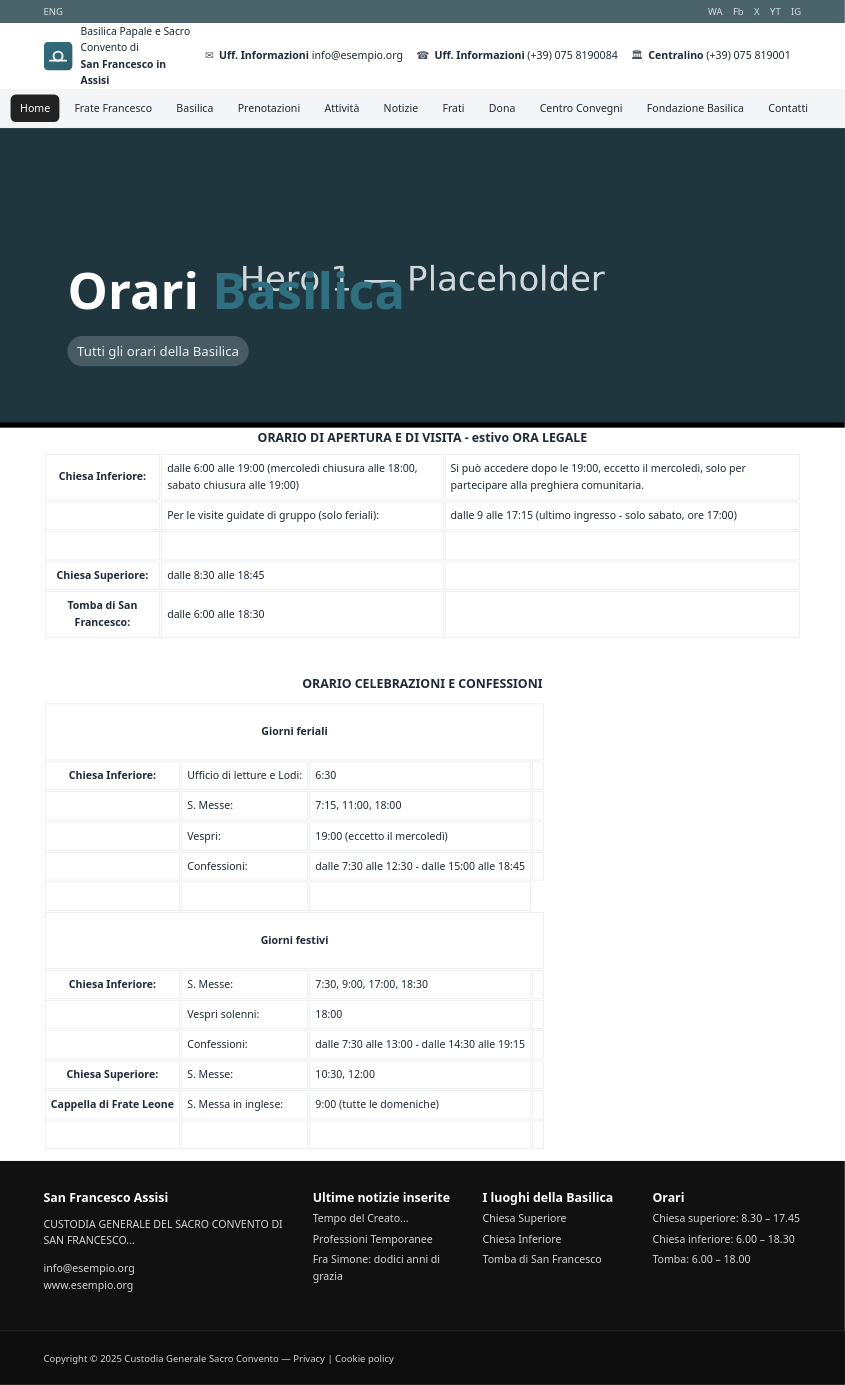
Repository: leacappello/basilica-platform-project
Page: pages/orari.html
An editor plug-in stored every save of this project. The page is shown before and after the next save, followed by the edit.
The browser window is 1280 px wide. The pictures show the whole page, at 66% of full size.

Above is the page before, as saved 2025-09-15 12:02:06.
Console error (its wording comes from the project's code and is left out).

After the next save:
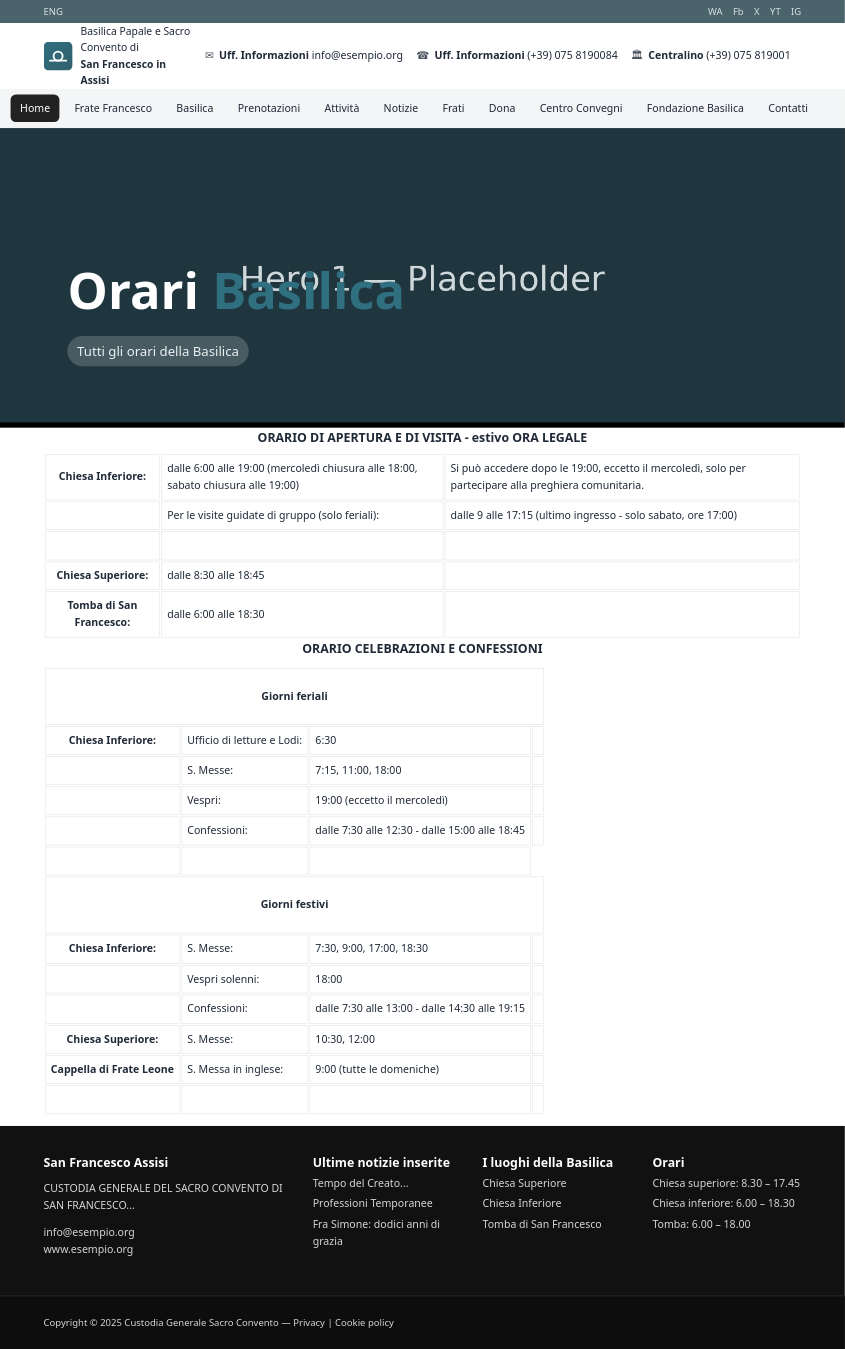
Saved 5 s later.
--- a/pages/orari.html
+++ b/pages/orari.html
@@ -197,9 +197,7 @@
                                 </tr>
                             </tbody>
                         </table>
-                        <p></p>
-                        <br>
-                        <p></p>
+
                         <h3 align="center">ORARIO CELEBRAZIONI E CONFESSIONI</h3>
                         <p></p>
                         <p>
